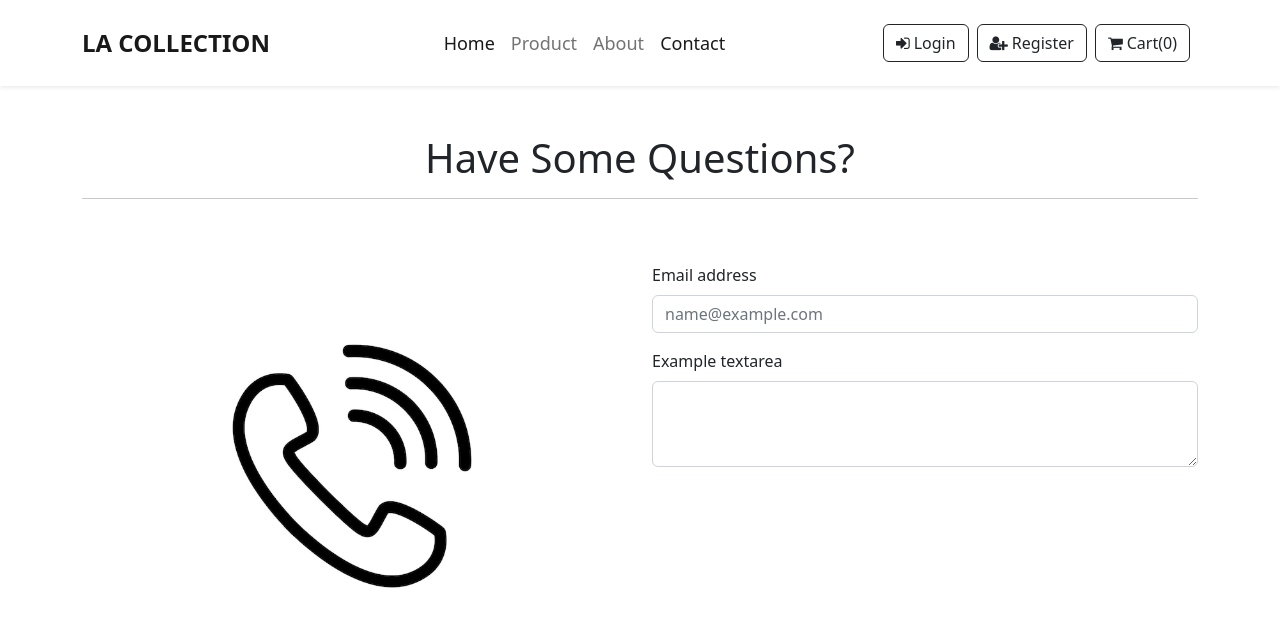
Repository: tiendungjr123/Ecommerce
Page: /contact
These files come from the project's save history. The page is drawn as it stood at one moment and after the next save; the edit follows.
The browser window is 1280 px wide. The pictures show the whole page.
The project was rebuilt for these pictures with package versions that can differ from the ones it lists, and the page was loaded fresh each time. Also part of the build but not shown: src/components/Products.jsx, src/components/Home.jsx, src/redux/action/index.js, src/components/ProductDetail.jsx, src/components/About.jsx.

Above is the page before, as saved 2022-10-04 10:56:15.

After the next save:
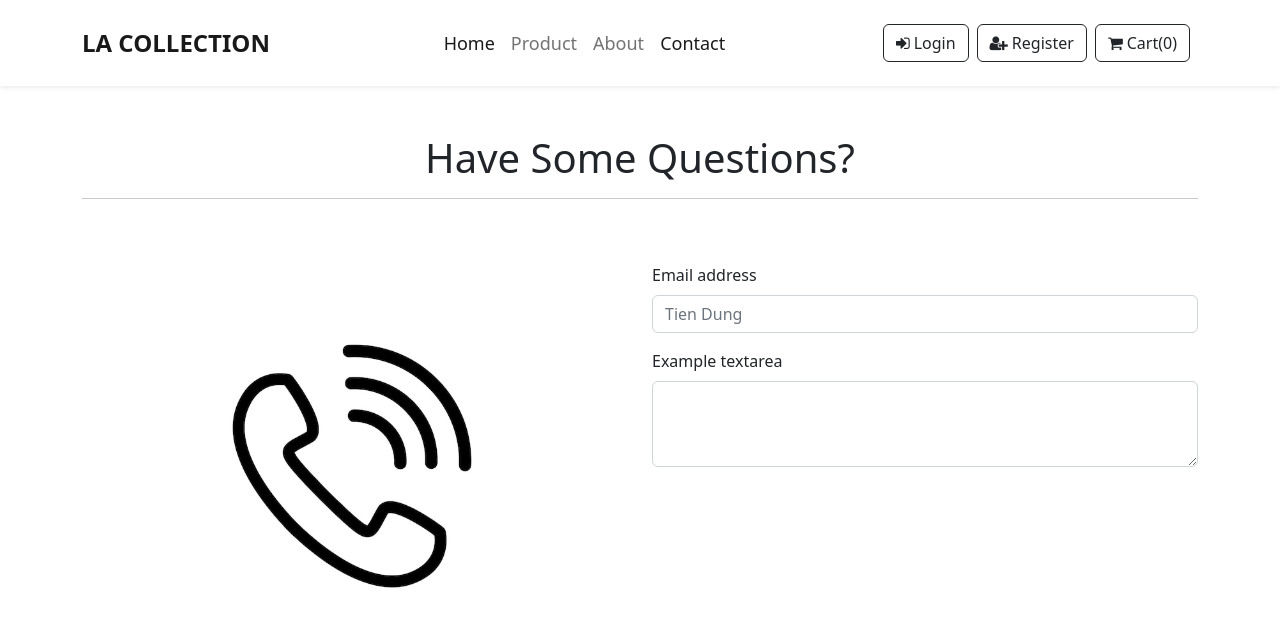
Saved 5 min 50 s later.
--- a/src/components/Contact.jsx
+++ b/src/components/Contact.jsx
@@ -17,8 +17,8 @@ const Contact = () => {
                <div className="col-md-6">
                   <form>
                      <div class="mb-3">
-                        <label for="exampleFormControlInput1" class="form-label">Email address</label>
-                        <input type="email" class="form-control" id="exampleFormControlInput1" placeholder="name@example.com" />
+                        <label for="exampleForm" class="form-label">Email address</label>
+                        <input type="text" class="form-control" id="exampleForm" placeholder="Tien Dung" />
                      </div>
                      <div class="mb-3">
                         <label for="exampleFormControlTextarea1" class="form-label">Example textarea</label>
